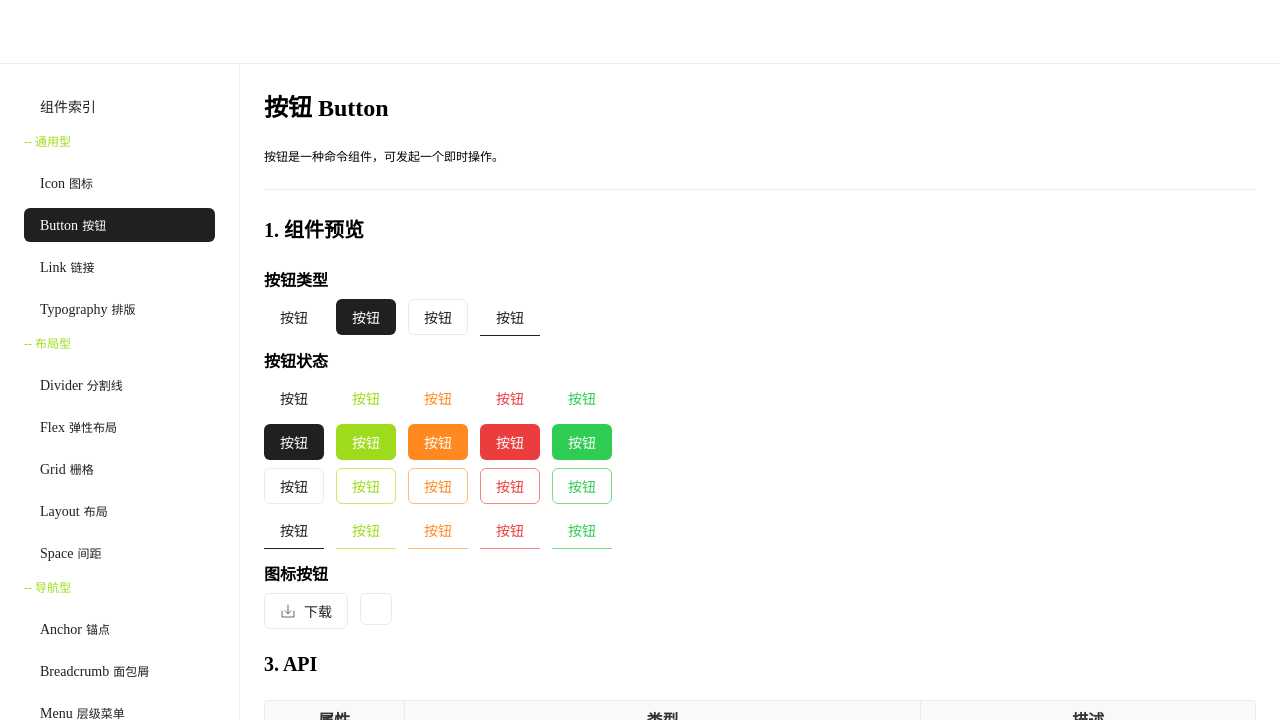
Repository: suminhan007/LandDesign
Page: /
An editor plug-in stored every save of this project. The page is shown before and after the next save, followed by the edit.
The browser window is 1280 px wide. The pictures show the whole page.
An inner scrolling area shows only its first screen. The project was rebuilt for these pictures with package versions that can differ from the ones it lists, and the page was loaded fresh each time. Also part of the build but not shown: vite.config.ts, packages/Pop.tsx, example/components/ComponentPreview.tsx, example/components/IconExample.tsx.

Above is the page before, as saved 2024-03-17 19:15:40.

After the next save:
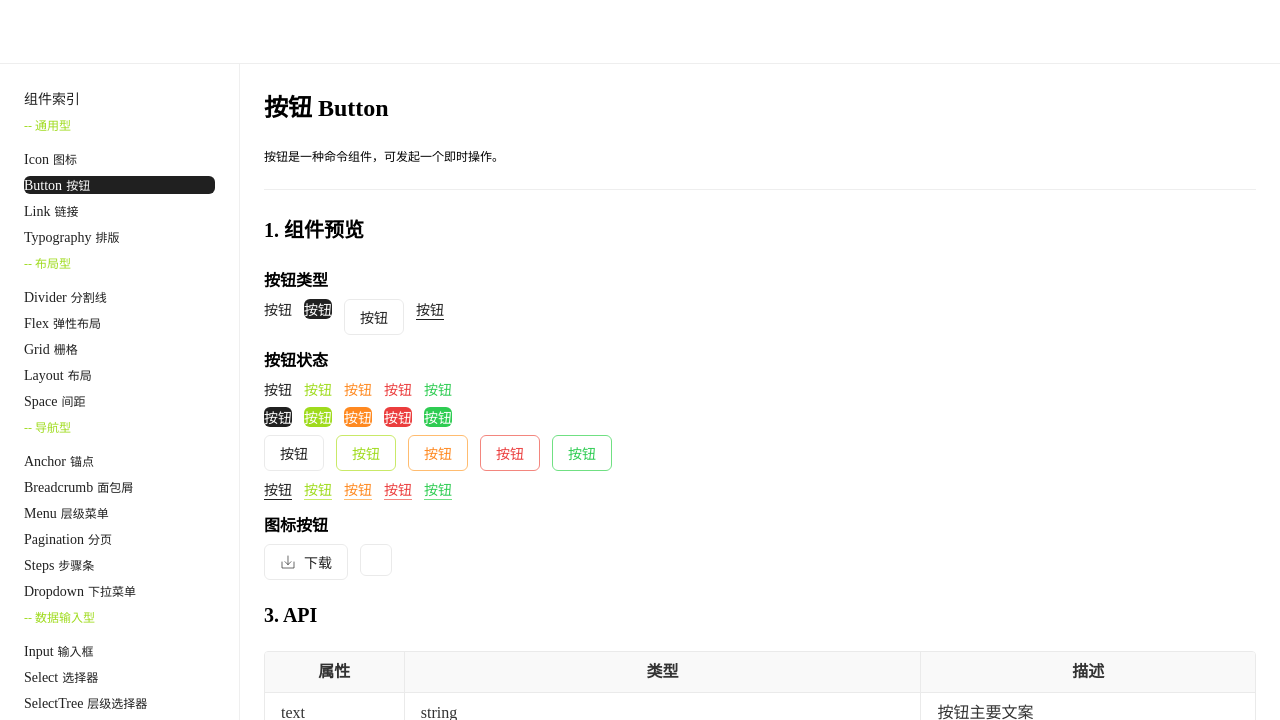
Saved 22 s later.
--- a/packages/Button.tsx
+++ b/packages/Button.tsx
@@ -129,7 +129,7 @@ const StyledButton = styled.div<{
     align-items: center;
     justify-content: ${props => props.justify};
     gap: var(--size-8);
-    padding: var(--padding-medium);
+    padding: ;
     width: ${props => props.width ? props.width : 'fit-content'};
     height: ${props => props.height ? props.height : 'fit-content'};
     color: ${props => props.color ? `${props.color}6)` : 'var(--color-text-2)'};
